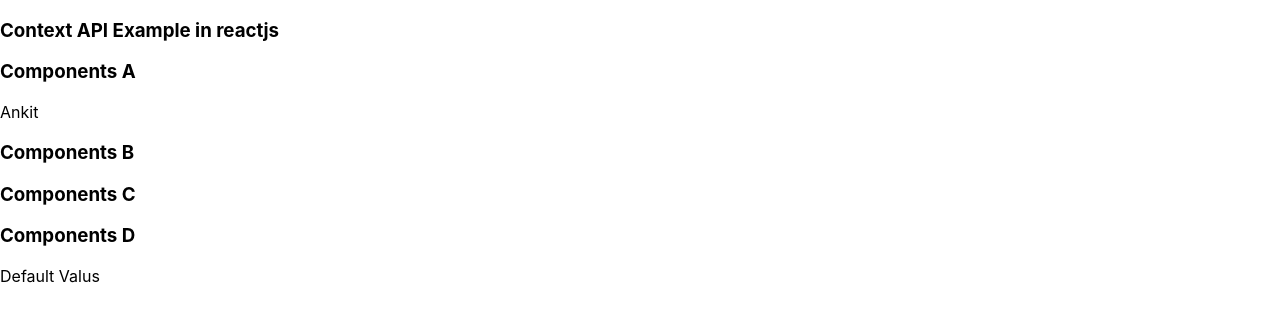
Repository: lalji-yadav/React-Context-API
Page: /a
The author's editor kept a copy of each file at every save. The page is drawn from the files as they stood at one save, then again after a run of saves.
The browser window is 1280 px wide. The pictures show the whole page.
The project was rebuilt for these pictures with package versions that can differ from the ones it lists, and the page was loaded fresh each time. Also part of the build but not shown: src/App.css.

Above is the page before, as saved 2021-02-11 13:55:53.

After the next 2 saves:
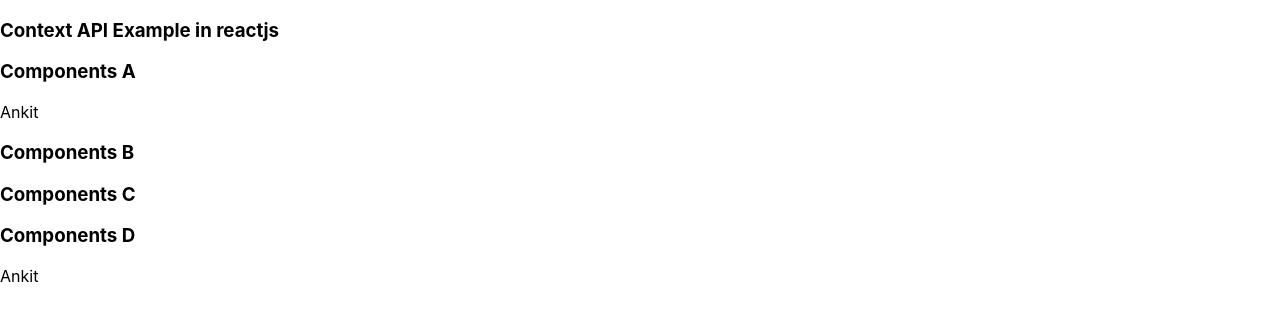
The 2 saves are shown as one change because 1 did not build or start.
The last was saved 44 s later.
--- a/src/components/A.js
+++ b/src/components/A.js
@@ -12,10 +12,10 @@ const A = (props) => {
         <div>
              <h3> Components A </h3>
               <p>{values.name}</p>
-              {/* <Provider value={values}>
+              <Provider value={values}>
                 <B />
-              </Provider> */}
-              <B />
+              </Provider>
+
         </div>
     );
 };
--- a/src/components/D.js
+++ b/src/components/D.js
@@ -10,7 +10,7 @@ const D = () => {
             <h3> Components D </h3>
             <Consumer>
                  {
-                     value=> <p>{value}</p>
+                     value=> <p>{value.name}</p>
                  }
              </Consumer>
         </div>
